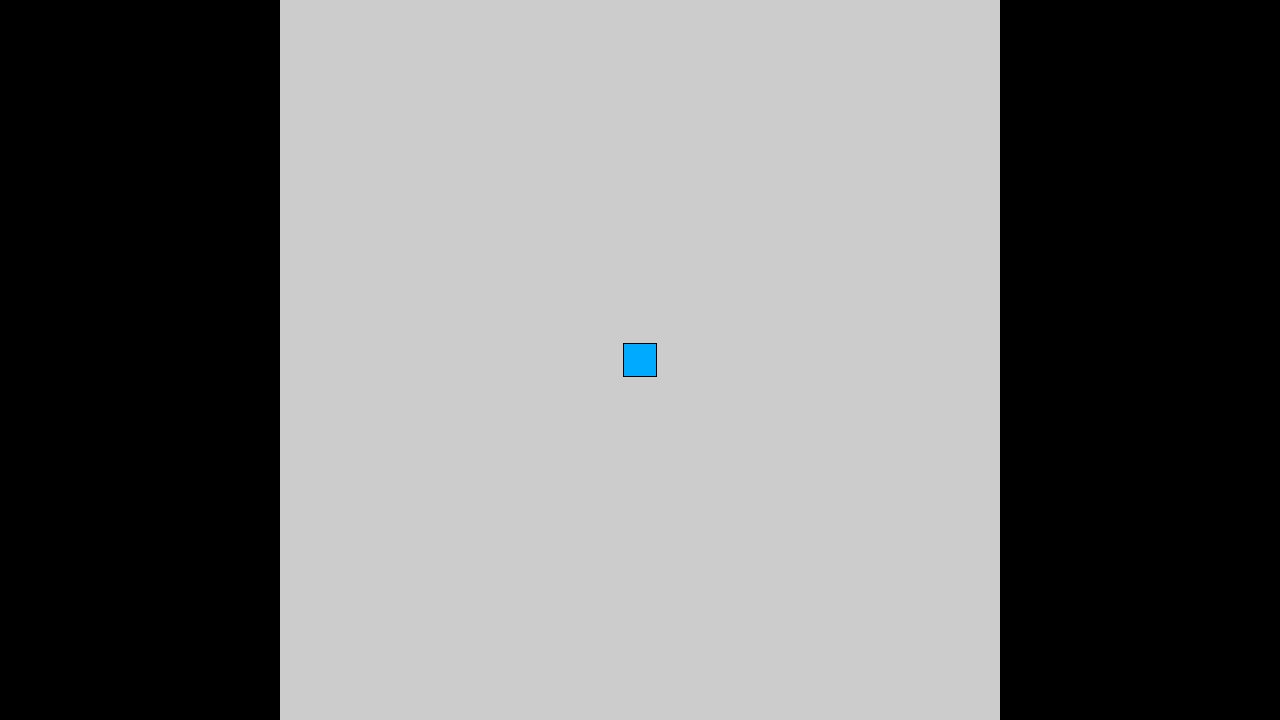
Repository: jinghuai8092/Snake_Game
Page: index.html
The author's editor kept a copy of each file at every save. The page is drawn from the files as they stood at one save, then again after the next save.
The browser window is 1280 px wide. The pictures show the whole page.

Above is the page before, as saved 2021-11-16 14:14:29.
Console error: ReferenceError: foodBody is not defined

After the next save:
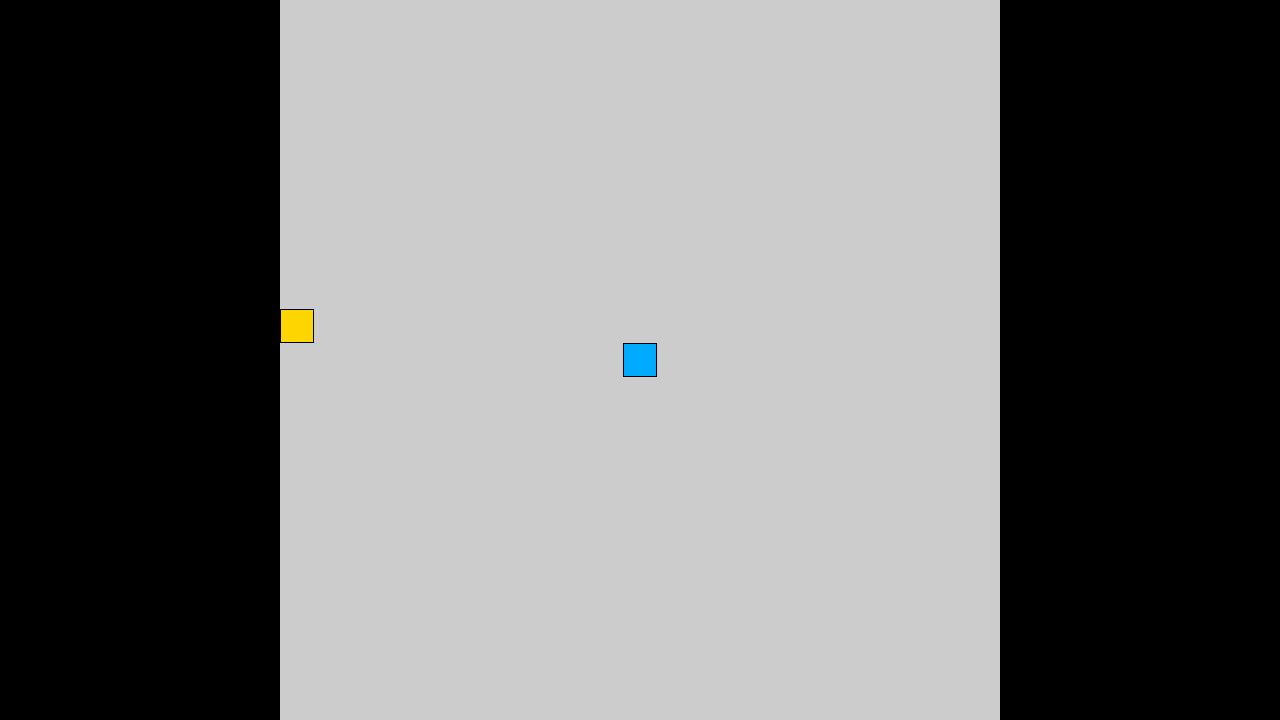
The error is gone.
Saved 36 s later.
--- a/food.js
+++ b/food.js
@@ -4,10 +4,9 @@ export function update(){
 
 }
 export function draw(gameBoard){
-foodBody.forEach(segment=>{
     const foodElement=document.createElement('div')
     foodElement.style.gridRowStart=food.x
     foodElement.style.gridColumnStart=food.y
     foodElement.classList.add('food');
     gameBoard.appendChild(foodElement)
-})}
+}
